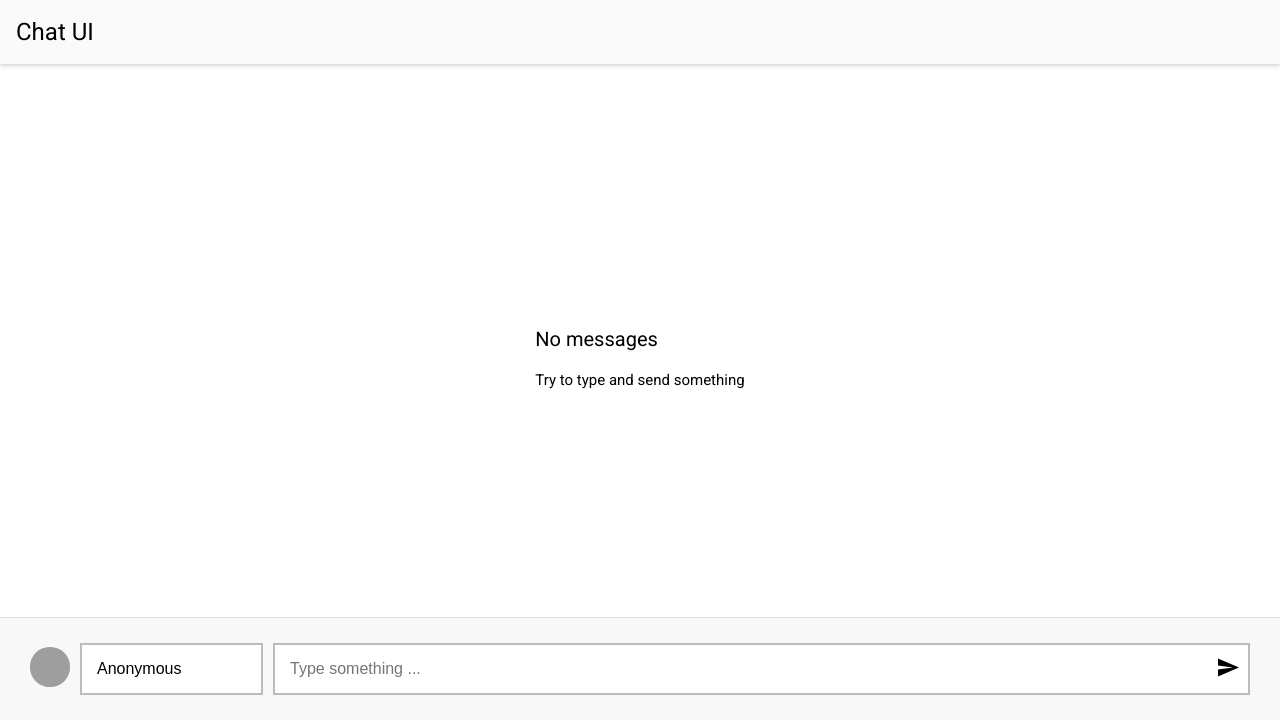
Repository: Faradey27/chat-ui
Page: /
These files come from the project's save history. The page is drawn as it stood at one moment and after a run of saves; the edit follows.
The browser window is 1280 px wide. The pictures show the whole page.
Pictures or frames that could not be fetched are drawn as grey boxes. The page's requests for data from a server got no answer. The project was rebuilt for these pictures with package versions that can differ from the ones it lists, and the page was loaded fresh each time. No one was signed in, and anything a server would have sent is missing. Also part of the build but not shown: src/components/MessageUsername/MessageUsername.js, src/components/MessageUsername/index.js, src/components/MessageText/MessageText.js, src/components/MessageText/index.js, src/components/MessageDate/MessageDate.js, src/components/MessageDate/index.js, src/components/Message/Message.js.

Above is the page before, as saved 2018-03-03 23:54:39.

After the next 2 saves:
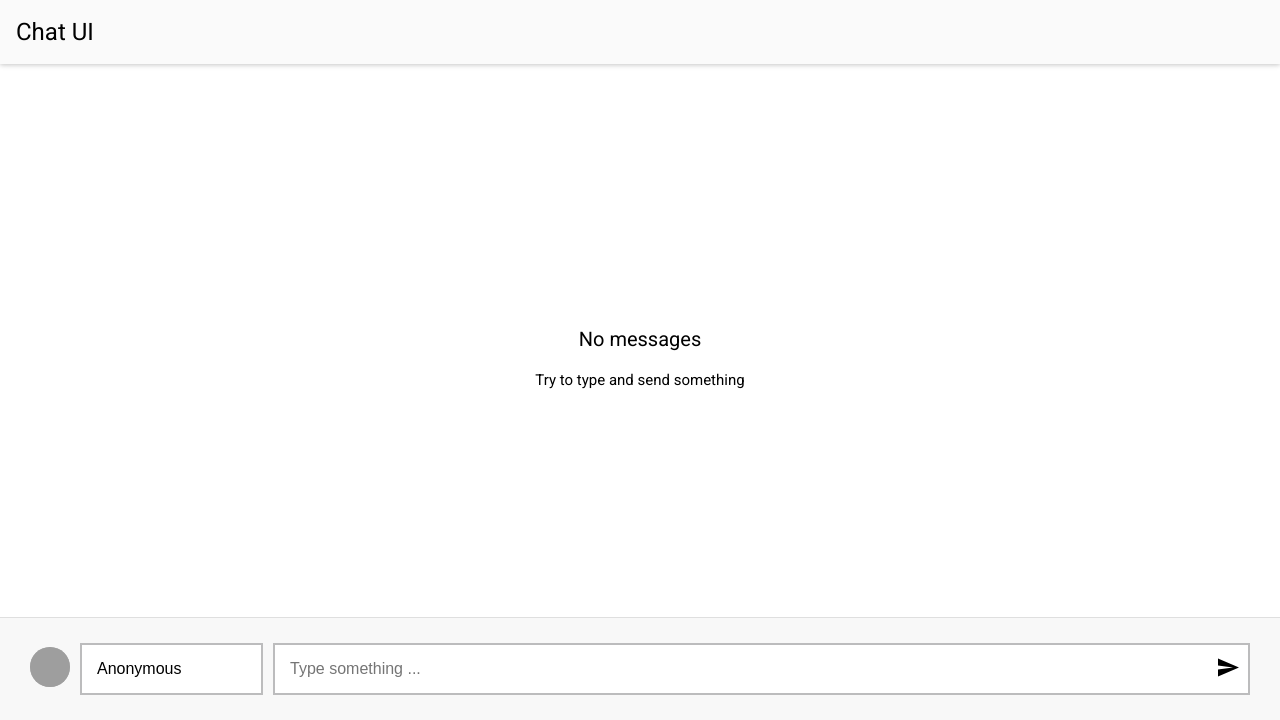
The 2 saves are shown as one change because they came seconds apart.
The last was saved 18 s later.
--- a/src/containers/MessageListArea/MessageListAreaView.js
+++ b/src/containers/MessageListArea/MessageListAreaView.js
@@ -37,7 +37,7 @@ class MessageListAreaView extends React.Component {
     if (!this.props.messages.length) {
       return (
         <div className={emptyStyle}>
-          <div>
+          <div style={{textAlign: 'center'}}>
             <p>No messages</p>
             <p className={emptyMessageStyle}>Try to type and send something</p>
           </div>
